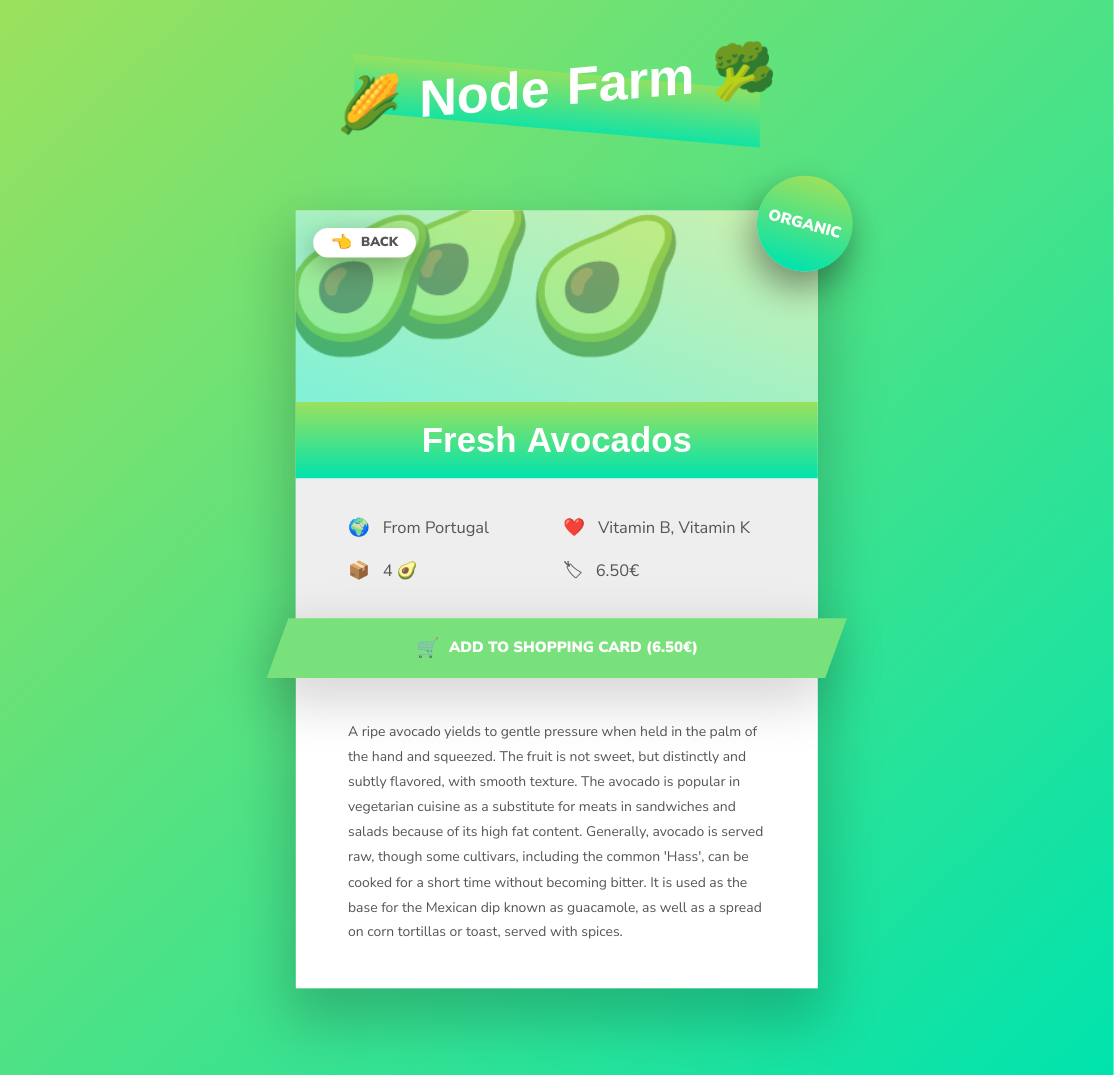
Repository: 13-Joban/Node_Farm_Backend
Page: templates/product.html
An editor plug-in stored every save of this project. The page is shown before and after the next save, followed by the edit.
The browser window is 1280 px wide. The pictures show the whole page, at 87% of full size.
Some web fonts or font styles are not loaded; a fallback is used.

Above is the page before, as saved 2022-07-16 16:58:27.

### templates/product.html
<!DOCTYPE html>
<html lang="en">
  <head>
    <meta charset="UTF-8" />
    <meta name="viewport" content="width=device-width, initial-scale=1.0" />
    <meta http-equiv="X-UA-Compatible" content="ie=edge" />
    <link
      href="https://fonts.googleapis.com/css?family=Megrim|Nunito+Sans:400,900"
      rel="stylesheet"
    />
    <link
      rel="icon"
      href="https://emojipedia-us.s3.dualstack.us-west-1.amazonaws.com/thumbs/240/apple/155/ear-of-maize_1f33d.png"
    />

    <title>Fresh Avocados 🥑 /// NODE FARM</title>

    <style>
      *,
      *::before,
      *::after {
        margin: 0;
        padding: 0;
        box-sizing: inherit;
      }

      html {
        font-size: 62.5%;
        box-sizing: border-box;
      }

      body {
        padding: 5rem 5rem 10rem;
        line-height: 1.7;
        font-family: 'Nunito Sans', sans-serif;
        color: #555;
        min-height: 100vh;
        background: linear-gradient(to bottom right, #9be15d, #00e3ae);
      }

      h1 {
        font-family: 'Megrim', sans-serif;
        font-size: 6rem;
        color: white;
        transform: skewY(-5deg);
        text-align: center;
        position: relative;
        word-spacing: 3px;
      }

      h1::before {
        content: '';
        display: block;
        height: 65%;
        width: 49%;
        position: absolute;
        top: 105%;
        left: 50%;
        background: linear-gradient(to bottom, #9be15d, #00e3ae);
        opacity: 0.8;
        z-index: -1;
        transform: skewY(370deg) translate(-50%, -50%);
      }

      .container {
        width: 95rem;
        margin: 0 auto;
      }

      .product {
        width: 60rem;
        margin: 0 auto;
        margin-top: 9rem;
        background: white;
        box-shadow: 0 3rem 6rem 1rem rgba(0, 0, 0, 0.2);
        position: relative;
      }

      .product__hero {
        position: relative;
        height: 22rem;
        overflow: hidden;
      }

      .product__hero::before {
        content: '';
        display: block;
        height: 100%;
        width: 100%;
        position: absolute;
        top: 0;
        left: 0;
        background-image: linear-gradient(to left bottom, #9be15d, #00e3ae);
        opacity: 0.5;
        z-index: 100;
      }

      .product__emoji {
        font-size: 15rem;
        position: absolute;
      }

      .product__emoji--1 {
        top: -4rem;
        left: -2rem;
        z-index: 10;
      }

      .product__emoji--2 {
        top: -6rem;
        left: 9rem;
      }

      .product__emoji--3 {
        top: -4rem;
        right: 15rem;
      }

      .product__emoji--4 {
        top: -5rem;
        right: 2rem;
        z-index: 10;
      }

      .product__emoji--5 {
        bottom: -9rem;
        left: 18rem;
      }

      .product__emoji--6 {
        bottom: -8rem;
        left: 5rem;
      }

      .product__emoji--7 {
        bottom: -12rem;
        right: 14rem;
      }

      .product__emoji--8 {
        bottom: -8rem;
        right: -2rem;
      }

      .product__emoji--9 {
        top: -7rem;
        left: 19rem;
      }

      .product__organic {
        position: absolute;
        top: -4rem;
        right: -4rem;
        z-index: 1000;
        height: 11rem;
        width: 11rem;
        background-image: linear-gradient(to bottom, #9be15d, #00e3ae);
        border-radius: 50%;
        transform: rotate(15deg);
        box-shadow: 0 2rem 4rem rgba(0, 0, 0, 0.4);
        display: flex;
        align-items: center;
        justify-content: center;
      }

      .product__organic h5 {
        font-weight: 900;
        text-transform: uppercase;
        font-size: 1.8rem;
        color: white;
      }

      .product__back:link,
      .product__back:visited {
        position: absolute;
        top: 2rem;
        left: 2rem;
        font-size: 1.5rem;
        font-weight: 700;
        text-transform: uppercase;
        text-decoration: none;
        z-index: 1000;
        color: #555;
        background-color: white;
        box-shadow: 0 1rem 3rem rgba(0, 0, 0, 0.3);
        border-radius: 100rem;
        padding: 0 2rem;
        transition: all 0.3s;
        display: flex;
        align-items: center;
      }

      .product__back:hover,
      .product__back:active {
        background-color: #79e17b;
      }

      .product__name {
        background: linear-gradient(to bottom, #9be15d, #00e3ae);
        padding: 1rem;
        font-family: 'Megrim', sans-serif;
        font-size: 4rem;
        color: white;
        text-align: center;
        word-spacing: 2px;
      }

      .product__details {
        background-color: #eee;
        padding: 4rem 6rem;
        font-size: 1.9rem;
        display: grid;
        grid-template-columns: 1fr 1fr;
        grid-gap: 1.5rem;
      }

      .product__description {
        padding: 5rem 6rem;
        font-size: 1.6rem;
        line-height: 1.8;
      }

      .product__link:link,
      .product__link:visited {
        display: block;
        background-color: #79e17b;
        color: white;
        font-size: 1.6rem;
        font-weight: 700;
        text-transform: uppercase;
        text-decoration: none;
        padding: 1.5rem;
        text-align: center;
        transform: scale(1.07) skewX(-20deg);
        box-shadow: 0 2rem 6rem rgba(0, 0, 0, 0.2);
        display: flex;
        align-items: center;
        justify-content: center;
        transition: all 0.3s;
      }

      .product__link:hover,
      .product__link:active {
        background-color: #9be15d;
        transform: scale(1.1) skewX(-20deg);
      }

      .product__link span {
        transform: skewX(20deg);
      }

      .emoji-left {
        font-size: 2rem;
        margin-right: 1rem;
      }

      .emoji-right {
        font-size: 2rem;
        margin-left: 1rem;
      }

      .not-organic {
        display: none;
      }
    </style>
  </head>

  <body>
    <div class="container">
      <h1>🌽 Node Farm 🥦</h1>

      <figure class="product">
        <div class="product__organic"><h5>Organic</h5></div>
        <a href="#" class="product__back">
          <span class="emoji-left">👈</span>Back
        </a>
        <div class="product__hero">
          <span class="product__emoji product__emoji--1">🥑</span>
          <span class="product__emoji product__emoji--2">🥑</span>
          <span class="product__emoji product__emoji--3">🥑</span>
          <span class="product__emoji product__emoji--4"></span>
          <span class="product__emoji product__emoji--5"></span>
          <span class="product__emoji product__emoji--6"></span>
          <span class="product__emoji product__emoji--7"></span>
          <span class="product__emoji product__emoji--8"></span>
          <span class="product__emoji product__emoji--9"></span>
        </div>
        <h2 class="product__name">Fresh Avocados</h2>
        <div class="product__details">
          <p><span class="emoji-left">🌍</span> From Portugal</p>
          <p><span class="emoji-left">❤️</span> Vitamin B, Vitamin K</p>
          <p><span class="emoji-left">📦</span> 4 🥑</p>
          <p><span class="emoji-left">🏷</span> 6.50€</p>
        </div>

        <a href="#" class="product__link">
          <span class="emoji-left">🛒</span>
          <span>Add to shopping card (6.50€)</span>
        </a>

        <p class="product__description">
          A ripe avocado yields to gentle pressure when held in the palm of the
          hand and squeezed. The fruit is not sweet, but distinctly and subtly
          flavored, with smooth texture. The avocado is popular in vegetarian
          cuisine as a substitute for meats in sandwiches and salads because of
          its high fat content. Generally, avocado is served raw, though some
          cultivars, including the common 'Hass', can be cooked for a short time
          without becoming bitter. It is used as the base for the Mexican dip
          known as guacamole, as well as a spread on corn tortillas or toast,
          served with spices.
        </p>
      </figure>

    </div>
  </body>
</html>

After the next save:
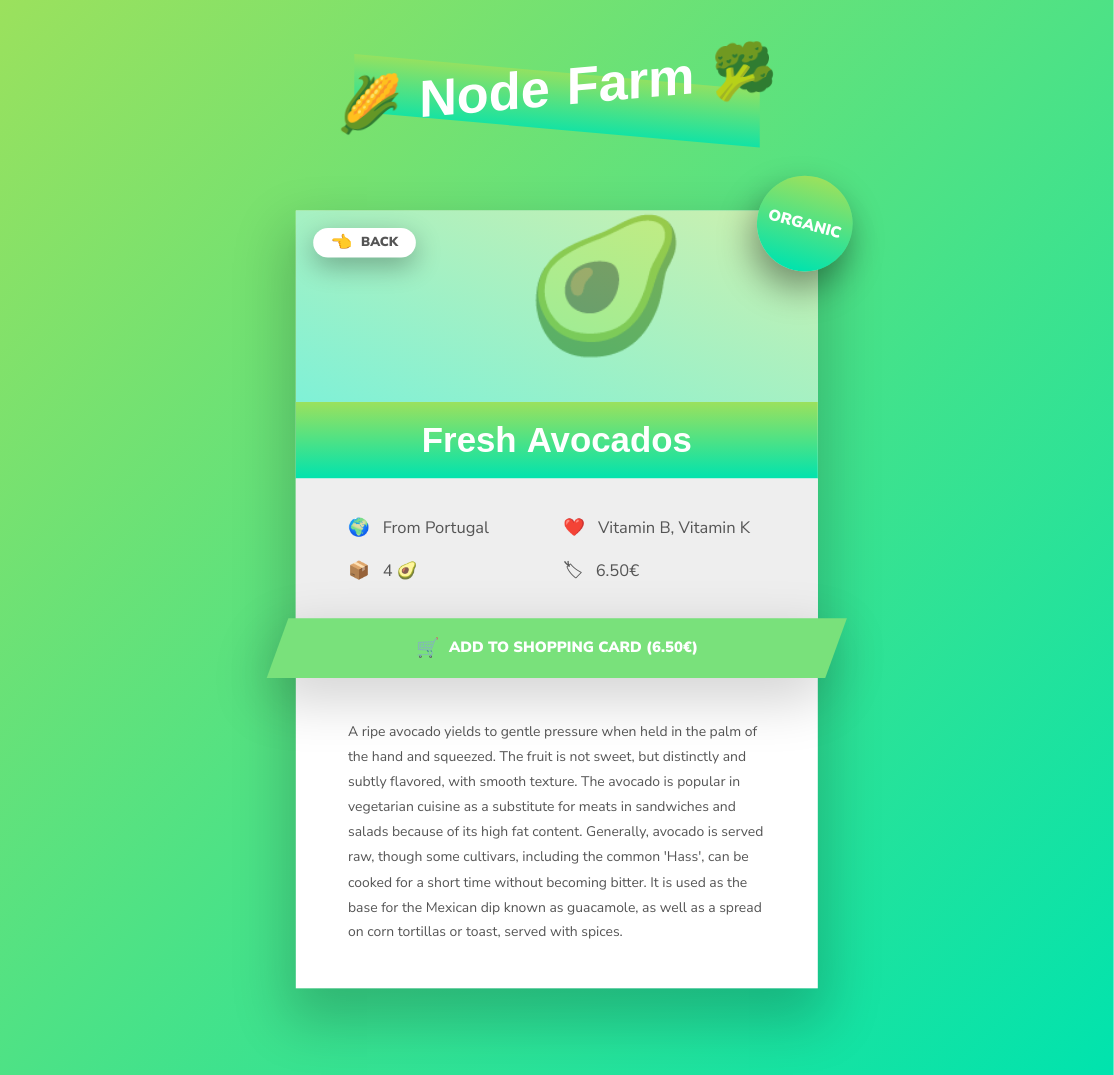
Saved 7 s later.
--- a/templates/product.html
+++ b/templates/product.html
@@ -275,8 +275,8 @@
           <span class="emoji-left">👈</span>Back
         </a>
         <div class="product__hero">
-          <span class="product__emoji product__emoji--1">🥑</span>
-          <span class="product__emoji product__emoji--2">🥑</span>
+          <span class="product__emoji product__emoji--1"></span>
+          <span class="product__emoji product__emoji--2"></span>
           <span class="product__emoji product__emoji--3">🥑</span>
           <span class="product__emoji product__emoji--4"></span>
           <span class="product__emoji product__emoji--5"></span>
